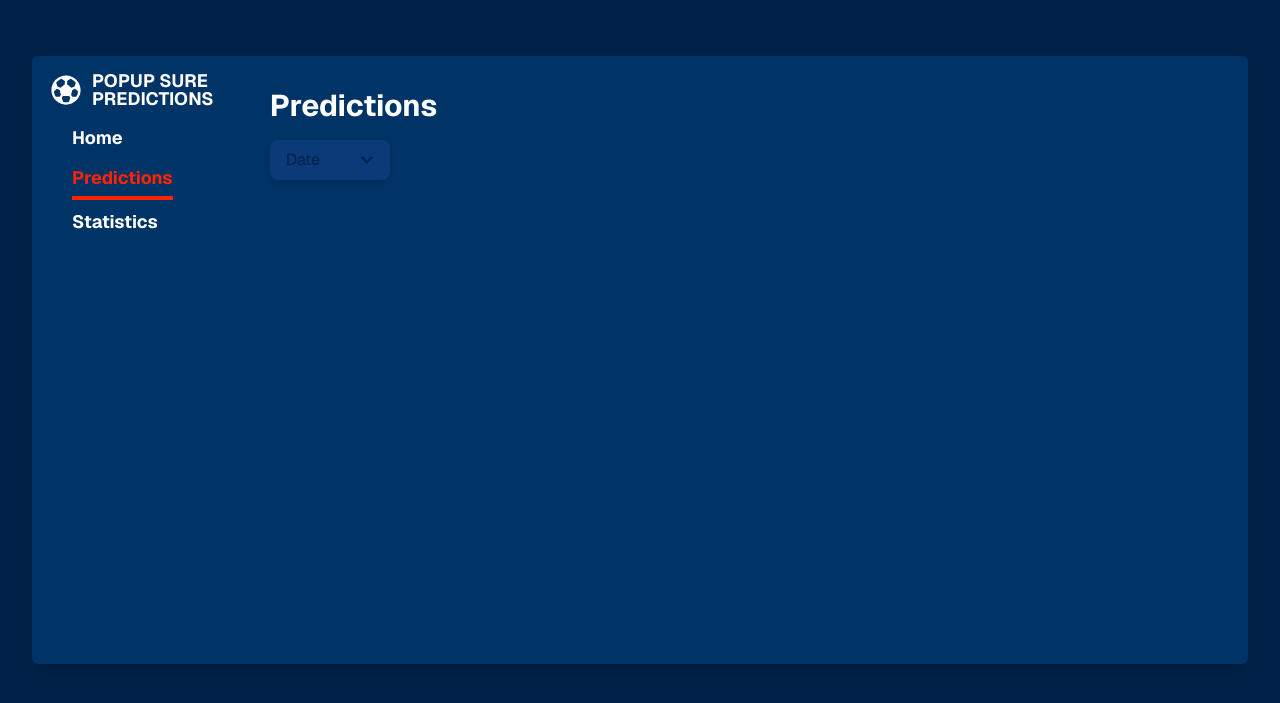
Repository: prototypedave/AlgoFooty
Page: /predictions (app in frontend/algo-footy/)
The author's editor kept a copy of each file at every save. The page is drawn from the files as they stood at one save, then again after the next save.
The browser window is 1280 px wide. The pictures show the whole page.
The project was rebuilt for these pictures with package versions that can differ from the ones it lists, and the page was loaded fresh each time. The framework's server and built-in components were replaced by stand-ins that run in the browser. Also part of the build but not shown: frontend/algo-footy/next.config.ts.

Above is the page before, as saved 2025-11-03 07:07:13.

### frontend/algo-footy/app/predictions/page.tsx
"use client";

import Link from "next/link";
import { IoMdFootball } from "react-icons/io";
import { usePathname } from "next/navigation";
import DropdownButton from "@/components/dropdown";

export default function Predictions() {
    const pathname = usePathname();
    return (
        <div className="relative flex flex-col min-h-screen items-center justify-center bg-oxford-blue font-sans">
            <nav className="absolute inset-x-0 top-0 bottom-0 bg-[#003366] text-white max-h-full rounded-md mx-8 my-14 shadow-lg flex gap-10 p-4">
                <div className="flex flex-col">
                    <div className="flex gap-2">
                        <IoMdFootball className="text-4xl"/>
                        <p className="text-lg font-bold leading-none">
                            <span className="block">POPUP SURE </span>
                            <span className="block">PREDICTIONS</span>
                        </p>
                    </div>
                    <div className="flex flex-col items-start gap-2 pt-4 pl-6 font-bold text-lg text-white">
                        <Link
                            href="/home"
                            className={`pb-1 ${
                            pathname === "/home"
                                ? "border-b-4 border-black font-bold"
                                : "border-b-0"
                            }`}
                        >
                            Home
                        </Link>
                        <Link href="/predictions"
                            className={`inline-block pb-1 ${
                                pathname === "/predictions"? "border-b-4 border-orange-red font-bold text-orange-red" : "border-b-0 border-orange-red"
                            }`}>Predictions</Link>
                        <Link href={"/statistics"}>Statistics</Link>
                    </div>
                </div>
                <div className="flex flex-col p-4 gap-4">
                    <h1 className="text-3xl font-bold">Predictions</h1>
                    <div>
                            <DropdownButton />

                    </div>
                </div>
            </nav>
        </div>
    );
}

### frontend/algo-footy/app/globals.css
@import "tailwindcss";

:root {
  --background: #ffffff;
  --foreground: #171717;
}

@theme inline {
  --color-background: var(--background);
  --color-foreground: var(--foreground);
  --font-sans: var(--font-geist-sans);
  --font-mono: var(--font-geist-mono);
}

@theme {
  --color-oxford-blue: #002147;
  --color-orange-red: #FF2400;
}

@media (prefers-color-scheme: dark) {
  :root {
    --background: #0a0a0a;
    --foreground: #ededed;
  }
}

body {
  background: var(--background);
  color: var(--foreground);
  font-family: Arial, Helvetica, sans-serif;
}

### frontend/algo-footy/components/dropdown.tsx
"use client";
import { useState } from "react";
import { FaChevronDown, FaChevronUp } from "react-icons/fa";

export default function DropdownButton() {
  const [open, setOpen] = useState(false);

  return (
    <div className="relative inline-block text-left">
      {/* Button */}
      <button
        onClick={() => setOpen(!open)}
        className="flex items-center justify-between gap-10 bg-[#0A3A78] text-oxford-blue px-4 py-2 rounded-lg shadow-md hover:bg-gray-100 transition"
      >
        Date
        {open ? (
          <FaChevronUp className="text-sm" />
        ) : (
          <FaChevronDown className="text-sm" />
        )}
      </button>

      {/* Dropdown Menu */}
      {open && (
        <div className="absolute right-0 mt-2 w-48 bg-white border border-gray-200 rounded-lg shadow-lg z-10">
          <ul className="py-1">
            <li>
              <a
                href="#profile"
                className="block px-4 py-2 text-gray-700 hover:bg-gray-100"
              >
                Profile
              </a>
            </li>
            <li>
              <a
                href="#settings"
                className="block px-4 py-2 text-gray-700 hover:bg-gray-100"
              >
                Settings
              </a>
            </li>
            <li>
              <a
                href="#logout"
                className="block px-4 py-2 text-gray-700 hover:bg-gray-100"
              >
                Logout
              </a>
            </li>
          </ul>
        </div>
      )}
    </div>
  );
}

Loaded but not shown: frontend/algo-footy/app/layout.tsx (common file)

After the next save:
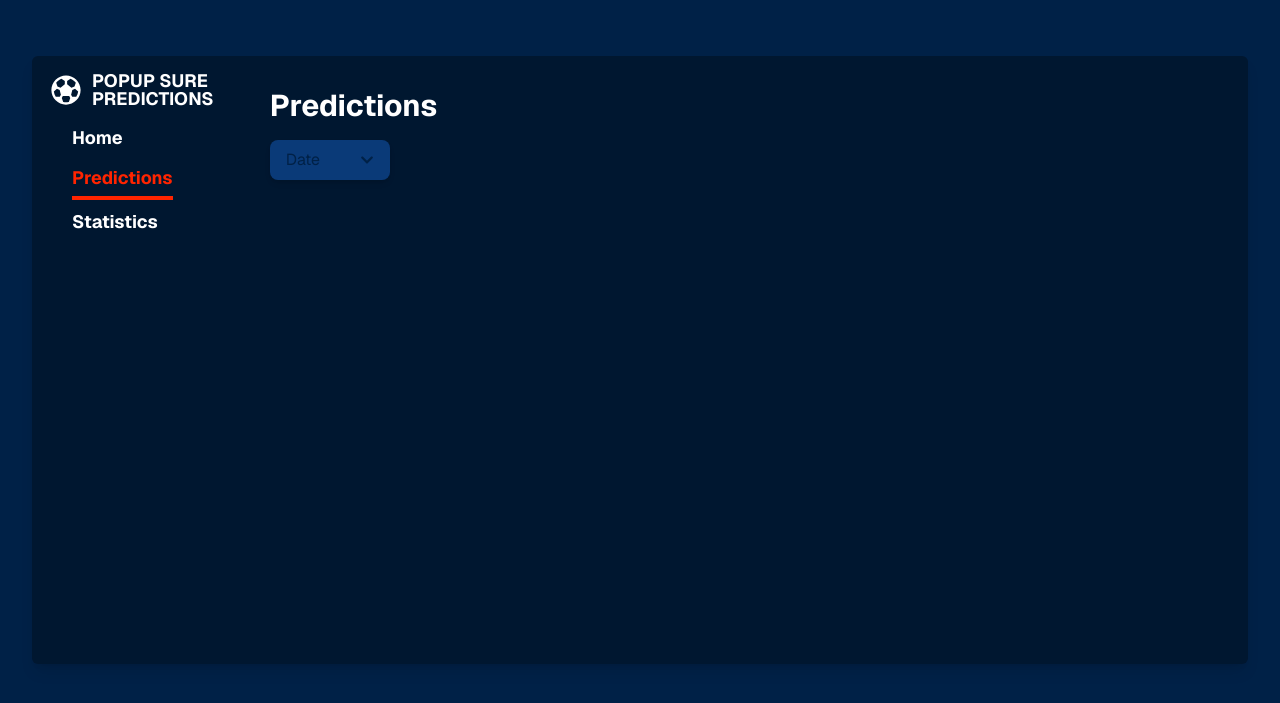
Saved 37 s later.
--- a/frontend/algo-footy/app/predictions/page.tsx
+++ b/frontend/algo-footy/app/predictions/page.tsx
@@ -9,7 +9,7 @@ export default function Predictions() {
     const pathname = usePathname();
     return (
         <div className="relative flex flex-col min-h-screen items-center justify-center bg-oxford-blue font-sans">
-            <nav className="absolute inset-x-0 top-0 bottom-0 bg-[#003366] text-white max-h-full rounded-md mx-8 my-14 shadow-lg flex gap-10 p-4">
+            <nav className="absolute inset-x-0 top-0 bottom-0 bg-[#001730] text-white max-h-full rounded-md mx-8 my-14 shadow-lg flex gap-10 p-4">
                 <div className="flex flex-col">
                     <div className="flex gap-2">
                         <IoMdFootball className="text-4xl"/>
